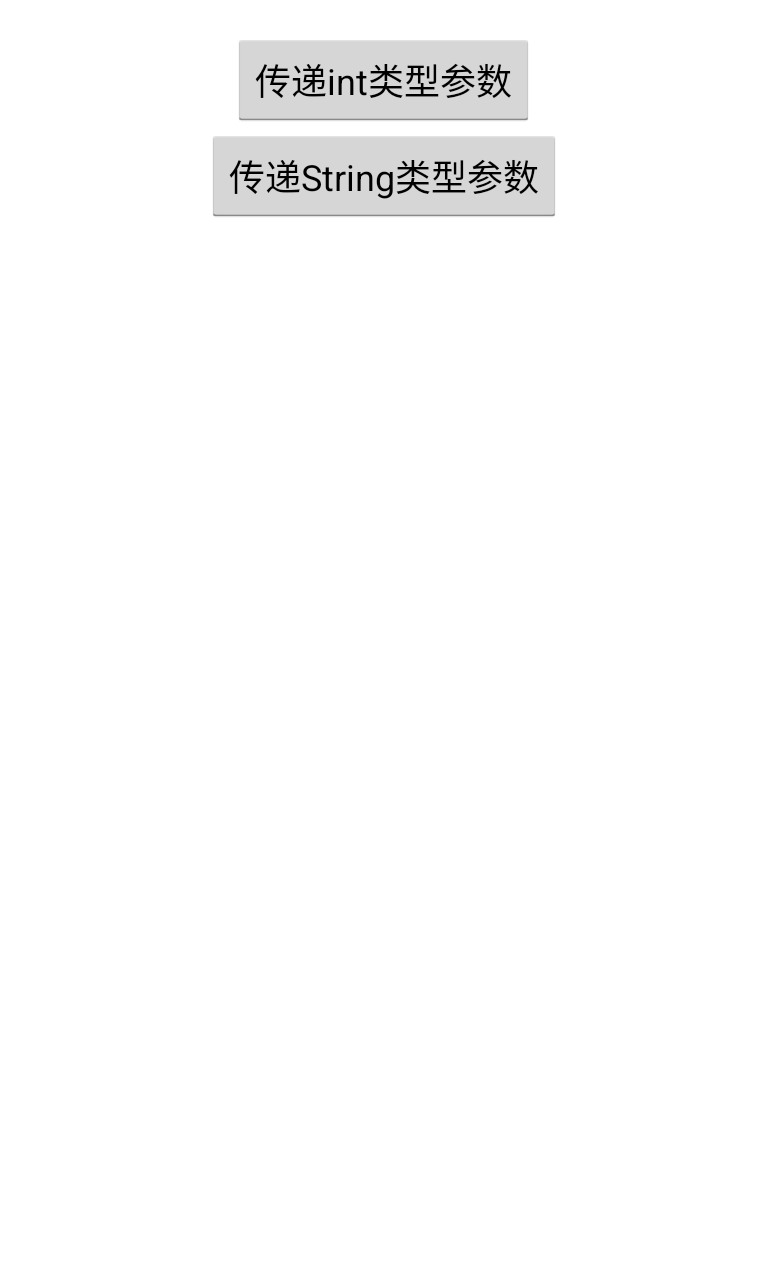
Repository: xfhy/Usually-learn-Android
Layout: JNI/3_java传递数据给C/res/layout/activity_main.xml
The author's editor kept a copy of each file at every save. The layout is drawn from the files as they stood at one save, then again after the next save.
It is drawn on a 768 x 1280 px phone screen (xhdpi) without system bars, with theme AppTheme; the app's code is not run.

Above is the layout before, as saved 2017-04-08 08:39:21.

### JNI/3_java传递数据给C/res/layout/activity_main.xml
<LinearLayout xmlns:android="http://schemas.android.com/apk/res/android"
    xmlns:tools="http://schemas.android.com/tools"
    android:layout_width="match_parent"
    android:layout_height="match_parent"
    android:orientation="vertical"
    android:gravity="center_horizontal"
    android:padding="16dp"
    tools:context="com.xfhy.javapassdata.MainActivity$PlaceholderFragment" >

    <Button
        android:id="@+id/bt_pass_int"
        android:layout_width="wrap_content"
        android:layout_height="wrap_content"
        android:text="传递int类型参数" />

    <Button
        android:id="@+id/bt_pass_string"
        android:layout_width="wrap_content"
        android:layout_height="wrap_content"
        android:text="传递String类型参数" />

</LinearLayout>

Loaded but not shown: JNI/3_java传递数据给C/res/values/styles.xml (common file); JNI/3_java传递数据给C/res/values-v11/styles.xml (common file); JNI/3_java传递数据给C/res/values-v14/styles.xml (common file)

After the next save:
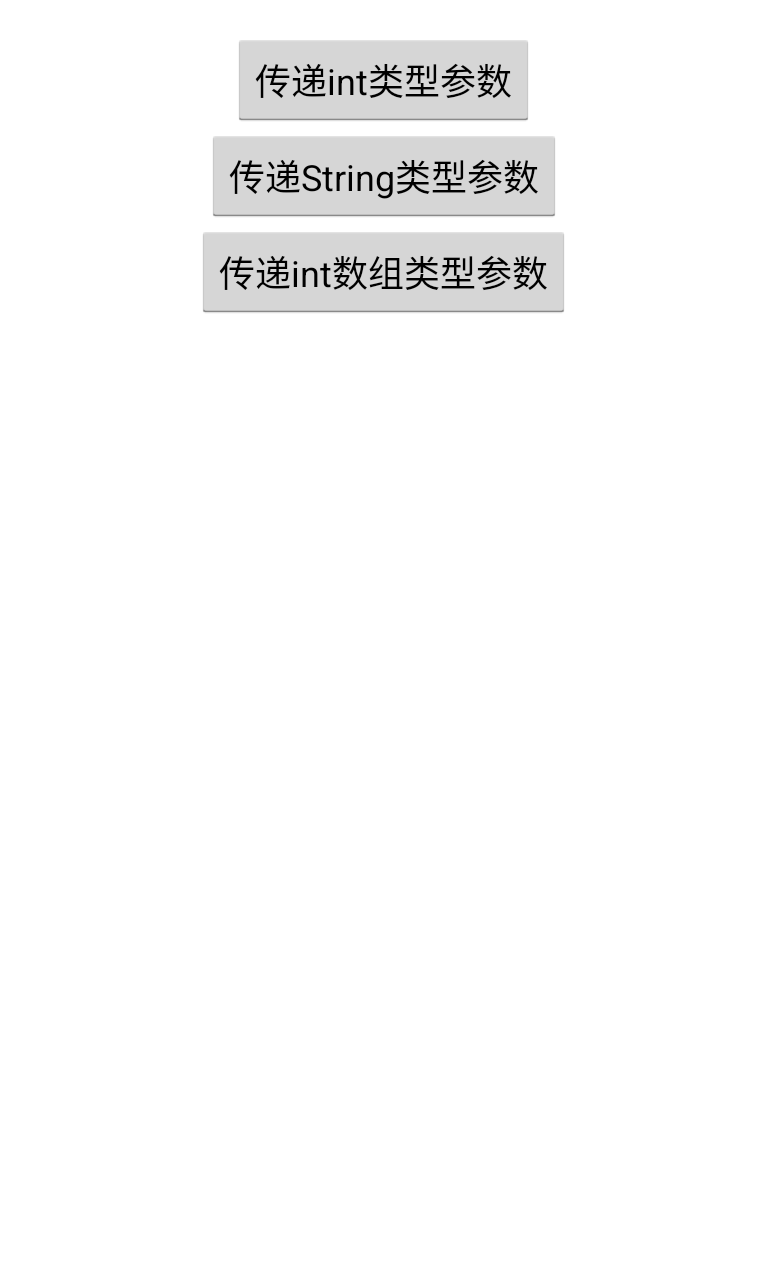
Saved 21 min 28 s later.
--- a/JNI/3_java传递数据给C/res/layout/activity_main.xml
+++ b/JNI/3_java传递数据给C/res/layout/activity_main.xml
@@ -19,4 +19,10 @@
         android:layout_height="wrap_content"
         android:text="传递String类型参数" />
 
+    <Button
+        android:id="@+id/bt_pass_string"
+        android:layout_width="wrap_content"
+        android:layout_height="wrap_content"
+        android:text="传递int数组类型参数" />
+
 </LinearLayout>
